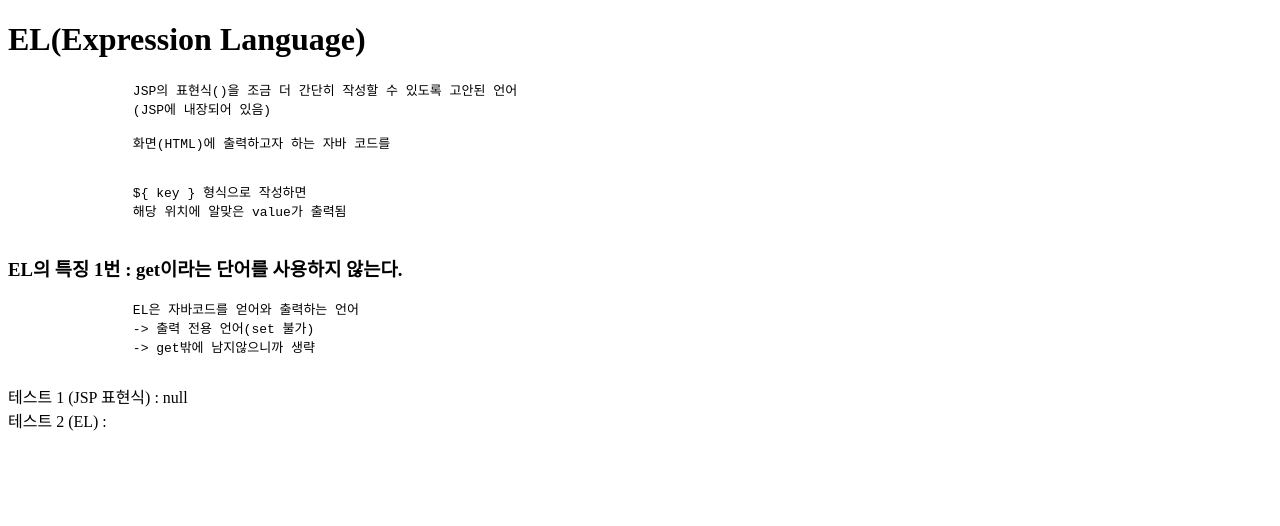
Repository: seungjoo1217/05_Server
Page: http://localhost/JSPProject2/elTest
These files come from the project's save history. The page is drawn as it stood at one moment and after the next save; the edit follows.
The browser window is 1280 px wide. The pictures show the whole page.
The page is served by Tomcat 10. Other server files are loaded and not shown.

Above is the page before, as saved 2024-03-22 03:25:56.

### JSPProject2/src/main/webapp/WEB-INF/views/el/elTest.jsp
<%@ page language="java" contentType="text/html; charset=UTF-8"
    pageEncoding="UTF-8"%>
<!DOCTYPE html>
<html>
<head>
<meta charset="UTF-8">
<title>EL</title>
</head>
<body>
	<h1>EL(Expression Language)</h1>

	<pre>
		JSP의 표현식(<%-- <%= %> --%>)을 조금 더 간단히 작성할 수 있도록 고안된 언어
		(JSP에 내장되어 있음)

		화면(HTML)에 출력하고자 하는 자바 코드를

		<%-- \$ 로 작성하면 화면에 잘 출력됨 --%>
		\${ key } 형식으로 작성하면
		해당 위치에 알맞은 value가 출력됨
	</pre>

	<h3>EL의 특징 1번 : get이라는 단어를 사용하지 않는다.</h3>
	<pre>
		EL은 자바코드를 얻어와 출력하는 언어
		-> 출력 전용 언어(set 불가)
		-> get밖에 남지않으니까 생략
	</pre>

	테스트 1 (JSP 표현식) : <%= request.getParameter("test") %>
	<br>
	테스트 2 (EL) : ${param.test}


</body>
</html>

### JSPProject2/src/main/java/edu/kh/jsp/controller/ELTestController.java
package edu.kh.jsp.controller;

import java.io.IOException;

import jakarta.servlet.RequestDispatcher;
import jakarta.servlet.ServletException;
import jakarta.servlet.annotation.WebServlet;
import jakarta.servlet.http.HttpServlet;
import jakarta.servlet.http.HttpServletRequest;
import jakarta.servlet.http.HttpServletResponse;

@WebServlet("/elTest")
public class ELTestController extends HttpServlet{

	// a태그 요청 (get방식)
	@Override
	protected void doGet(HttpServletRequest req, HttpServletResponse resp) throws ServletException, IOException {
		// jsp 경로는 어디기준? webapp 기준
		RequestDispatcher dispatcher = req.getRequestDispatcher("/WEB-INF/views/el/elTest.jsp");

		dispatcher.forward(req, resp);

	}









}

After the next save:
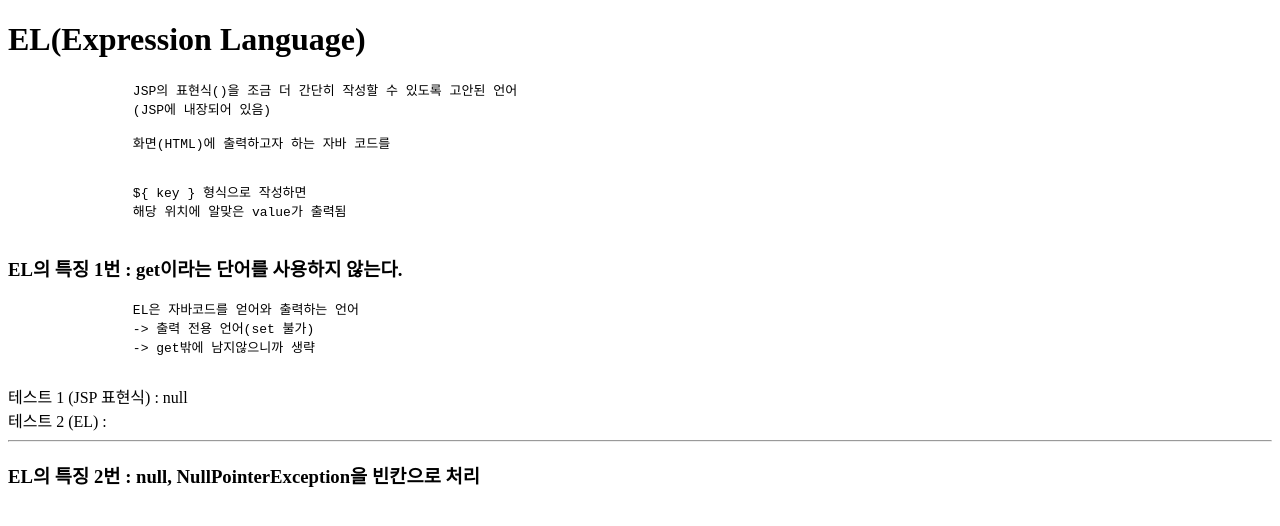
Saved 76 s later.
--- a/JSPProject2/src/main/webapp/WEB-INF/views/el/elTest.jsp
+++ b/JSPProject2/src/main/webapp/WEB-INF/views/el/elTest.jsp
@@ -32,5 +32,10 @@
 	테스트 2 (EL) : ${param.test}
 
 
+	<hr>
+
+	<h3>EL의 특징 2번 : null, NullPointerException을 빈칸으로 처리</h3>
+
+
 </body>
 </html>
